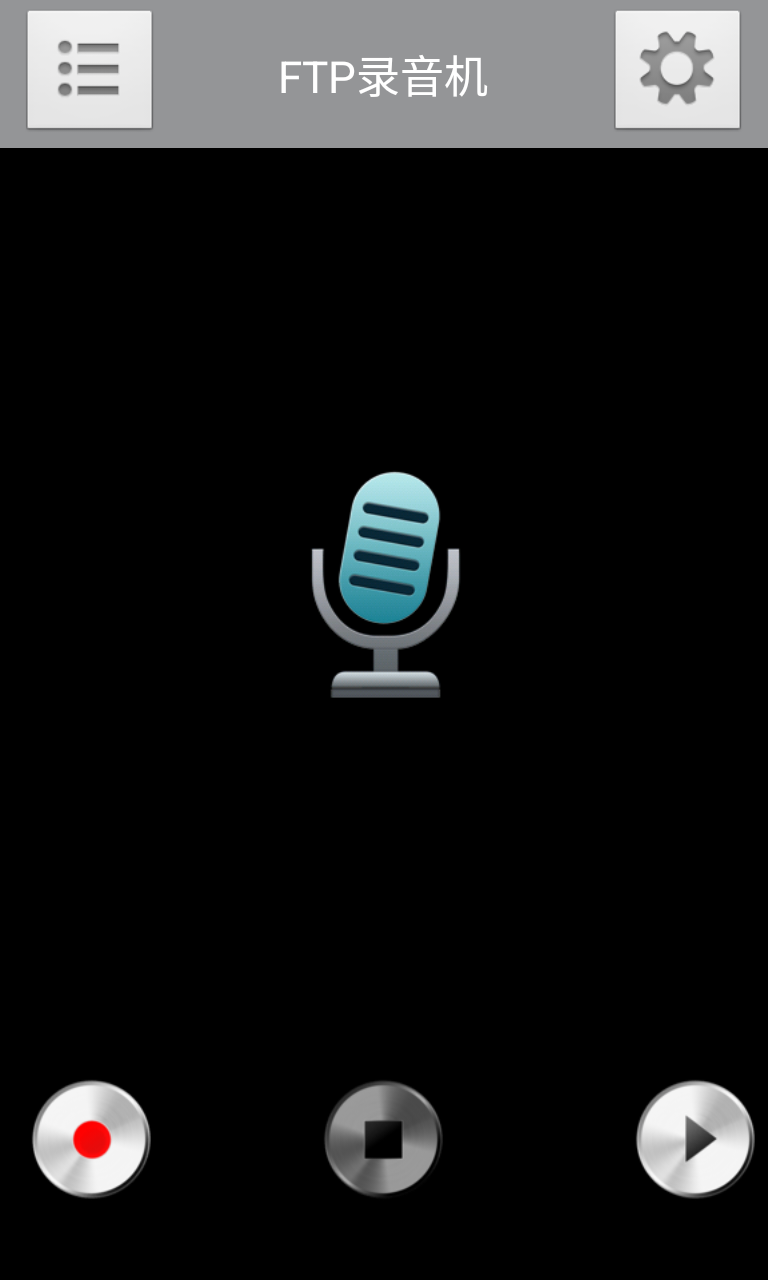
Repository: stone-jin/WAVRecoder
Layout: WAVRecoder2/res/layout/main.xml
An editor plug-in stored every save of this project. The layout is shown before and after the next save, followed by the edit.
It is drawn on a 768 x 1280 px phone screen (xhdpi) without system bars, with theme Anim_style2; the app's code is not run.

Above is the layout before, as saved 2014-05-06 19:09:14.

After the next save:
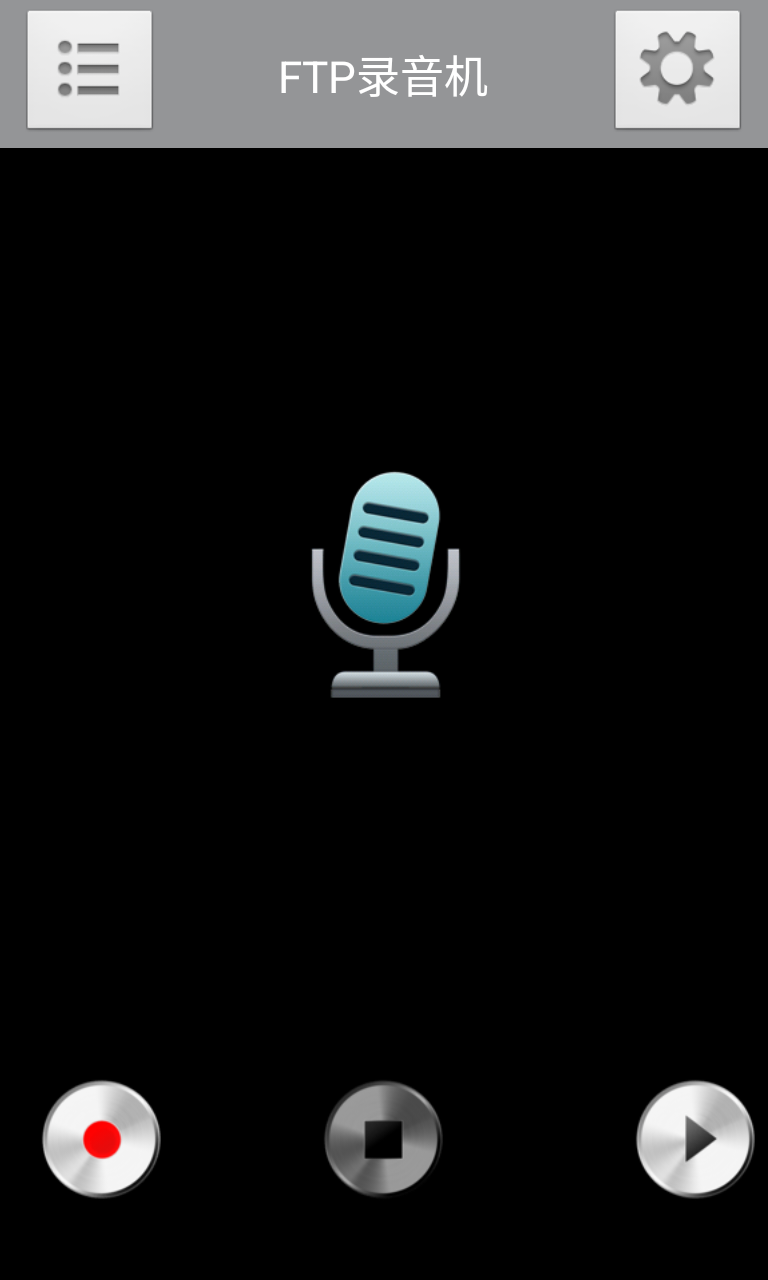
Saved 9 s later.
--- a/WAVRecoder2/res/layout/main.xml
+++ b/WAVRecoder2/res/layout/main.xml
@@ -31,7 +31,7 @@
             android:layout_width="wrap_content"
             android:layout_height="wrap_content"
             android:background="@drawable/btn_rekam_normal"
-            android:layout_marginLeft="10dp"
+            android:layout_marginLeft="15dp"
             android:layout_alignParentLeft="true"
             android:layout_centerVertical="true"
             />
@@ -48,7 +48,7 @@
             android:layout_width="wrap_content"
             android:layout_height="wrap_content"
             android:background="@drawable/btn_play_normal"
-            android:layout_marginLeft="10dp"
+            android:layout_marginLeft="15dp"
 			android:layout_alignParentRight="true"
 			android:layout_centerVertical="true"
             />
